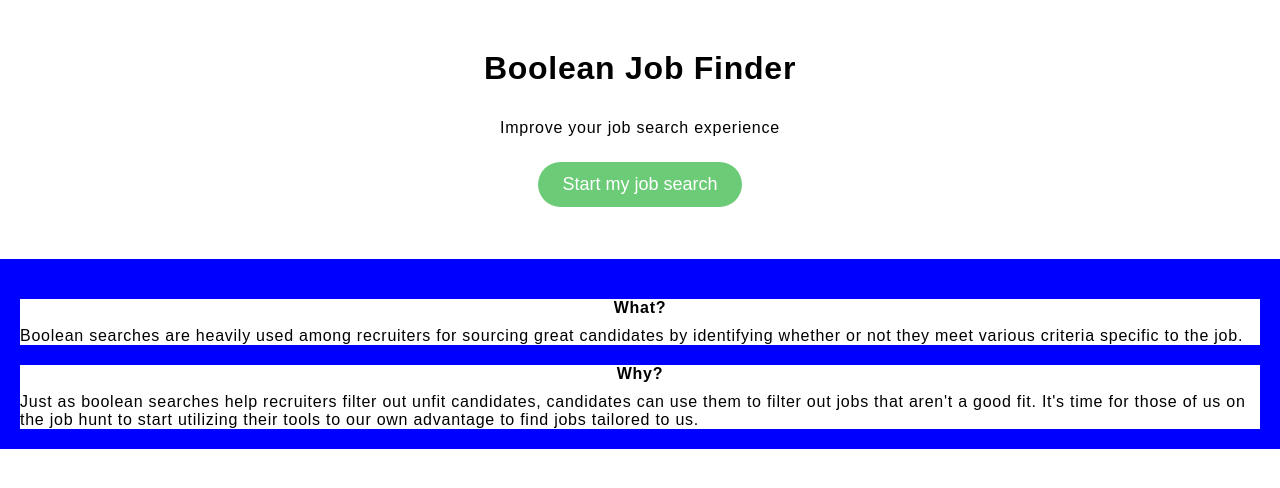
Repository: Rthompson2548/boolean-job-searcher
Page: /
These files come from the project's save history. The page is drawn as it stood at one moment and after the next save; the edit follows.
The browser window is 1280 px wide. The pictures show the whole page.
The project was rebuilt for these pictures with package versions that can differ from the ones it lists, and the page was loaded fresh each time.

Above is the page before, as saved 2022-04-05 14:10:10.

### public/index.html
<!DOCTYPE html>
<html lang="en">
  <head>
    <meta charset="utf-8" />
    <link rel="icon" href="%PUBLIC_URL%/favicon.ico" />
    <meta name="viewport" content="width=device-width, initial-scale=1" />
    <meta name="theme-color" content="#000000" />
    <meta
      name="description"
      content="Web site created using create-react-app"
    />
    <link rel="preconnect" href="https://fonts.googleapis.com">
    <link rel="preconnect" href="https://fonts.gstatic.com" crossorigin>
    <link href="https://fonts.googleapis.com/css2?family=Inconsolata&family=League+Spartan&display=swap" rel="stylesheet">

    <title>React App</title>
  </head>
  <body>
    <noscript>You need to enable JavaScript to run this app.</noscript>
    <div id="root"></div>
    <!--
      This HTML file is a template.
      If you open it directly in the browser, you will see an empty page.

      You can add webfonts, meta tags, or analytics to this file.
      The build step will place the bundled scripts into the <body> tag.

      To begin the development, run `npm start` or `yarn start`.
      To create a production bundle, use `npm run build` or `yarn build`.
    -->
  </body>
</html>

### src/App.js
import "./styles.css";
// import { CopyToClipboard } from "react-copy-to-clipboard";
import React, { useState, useEffect, useRef } from "react";



export default function App() {
  let searchCategories = [
    "Experience",
    "Location",
    "Tech Stack",
    "Title",
    "Technologies",
    "Company"
  ];

let defaultCategories = [
  {
    id: 1,
    name: "Experience",
    placeholders: ["Junior", "Entry", "Grad", "Student"]
  },
  {
    id: 2,
    name: "Location",
    placeholders: ["Junior", "Entry", "Grad", "Student"]
  },
  {
    id: 3,
    name: "End",
    placeholders: ["Junior", "Entry", "Grad", "Student"]
  },
  {
    id: 4,
    name: "Title",
    placeholders: ["Junior", "Entry", "Grad", "Student"]
  },
  {
    id: 5,
    name: "Technologies",
    placeholders: ["Junior", "Entry", "Grad", "Student"]
  },
  {
    id: 6,
    name: "Company Name",
    placeholders: ["Junior", "Entry", "Grad", "Student"]
  }
];


const [copyString, setCopyString] = useState("");
const [addCategory, setAddCategory] = useState(false);
const [addCategoryBtnText, setAddCategoryBtnText] = useState(
"Start my job search"
)
const [category, setCategory] = useState("");
const [categoryChosen, setCategoryChosen] = useState(false);
const [categoryOptions, setCategoryOptions] = useState(false);
const [showCategoryForm, setShowCategoryForm] = useState(false);
const [showNewCategoryButton, setShowNewCategoryButton] = useState(true);
const [showName, setShowName] = useState(false);
const [showForm, setShowForm] = useState(false);
const [showAddWordBtn, setShowAddWordBtn] = useState(false)
const [word, setWord] = useState("");
const [list, setList] = useState([]);
const [show, setShow] = useState(false);
const [finishBtn, setFinishBtn] = useState(false);
const [finished, setFinished] = useState(false);
const [result, setResult] = useState([]);
const [doneWarning, setDoneWarning] = useState(false);
const [goodbyeMessage, setGoodbyeMessage] = useState(false);


const handleNewCategory = () => {
  setCategory("");
  setAddCategoryBtnText("Add a category");
  setShowNewCategoryButton(false);
  setFinishBtn(false);
  setCategoryOptions(true);
  setCategoryChosen(false);
};



const handleCustomCategory = () => {
  setShowCategoryForm(true);
  setCategoryOptions(false);
};


const handleCategoryNameChange = event => {
  setCategory(event.target.value);
};

const submitCategory = () => {
  setAddCategory(false);
  setShowName(true);
  setShowNewCategoryButton(false);
  setShowAddWordBtn(true);
  setShowForm(true);
  setShowCategoryForm(false);
};


const handleAddWord = () => {
  setShowForm(true);
  setCategoryOptions(false);
  setCategoryChosen(true);
};


const handleCategoryClick = event => {
  setCategory(event.target.value);
  setCategoryChosen(true);
};


const handleWordChange = event => {
  setWord(event.target.value);
};


  const [noLetters, setNoLetters] = useState(false);

  const submitAsteriskWord = () => {
    if (word.length <= 1) {
      setNoLetters(true);
    } else {
      setList((prevList) => [...prevList, `"${word}*"`]);
      setWord("");
      setShow(true);
      console.log(word);
    }
  };

  const submitWord = () => {
    if (word.length <= 1) {
      setNoLetters(true);
    } else {
      setList((prevList) => [...prevList, `"${word}"`]);
      setWord("");
      setShow(true);
      console.log(word);
    }
  };

  useEffect(() => {
    setCategory(category);
  }, [category]);

  let booleanString = `(${list.join(" OR ")})`;

  const handleSubmitCategoryWords = () => {
    setShowNewCategoryButton(true);
    setShow(false);
    setShowName(false);
    setShowForm(false);
    setFinishBtn(true);
    setResult((previousResult) => [...previousResult, booleanString]);
    console.log(result.join(" AND "));
    console.log(`list: ${list}`);
    setList([]);
    console.log(`list: ${list}`);
    setCopyString(result.join(" AND "));
  };

  const handleGenerateString = () => {
    setFinished(true);
    setFinishBtn(false);
    setShowNewCategoryButton(false);
    setDoneWarning(false);
    // setGoodbyeMessage(true);
  };

const handleDone = () => {
  setDoneWarning(true);
  setFinished(false);
};


const handleConfirmFinished = () => {
  setDoneWarning(false);
  setGoodbyeMessage(true);
  setShow(false);
  setFinished(false);
};



  return (
    <div className="App">
      <div className="header">
        <h1 className="app-title">Boolean Job Finder</h1>
        <p>Improve your job search experience</p>
        <button className="start-btn" onClick={handleNewCategory}>
          {addCategoryBtnText}
        </button>

      </div>
      <div>
    </div>


      {categoryOptions === true && (
        <div>
          <div>
<p className="pick-a-category-txt">Click a category below to start</p>


            {/* iterates through array of category names and returns a button for each */}
            <div className="category-btns">
              {searchCategories.map((value, i) => (
                <button
                  id="category-btn"
                  className="category-btn"
                  key={i}
                  value={searchCategories[i]}
                  onClick={handleCategoryClick}
                >
                  {value}
                </button>
              ))}

            </div>

{
  categoryChosen === true && (
    <button className="continue-btn" onClick={handleAddWord}>
      Continue
    </button>
  )
}
          </div>
        </div>
      )}

{
  showCategoryForm === true && (
    <div>
      <label>Enter a custom category name</label>
      <input
        placeholder="Enter category name"
        onChange={handleCategoryNameChange}
        value={category}
      />

<button onClick={submitCategory}>Submit</button>;

    </div>
  )
}

      {showForm === true && (
        <div className="keyword-form">
          <h1>{category}</h1>

          <div className="keyword-form-info">
            <div>
              <label>Enter 1 or more keywords</label>
            </div>
            <input
              placeholder="Enter two or more letters..."
              value={word}
              onChange={handleWordChange}
            />
          </div>

          <div className="keyword-btns">
            <button onClick={submitWord}>Include exact keyword</button>
            <button onClick={submitAsteriskWord}>
              Include similar keywords
            </button>

          </div>


        </div>
      )}

      {show === true && (
        <div className="keyword-string">
          <h4>{booleanString}</h4>
        </div>
      )}

      {showForm === true && (
        <div>
          <button className="continue-btn" onClick={handleSubmitCategoryWords}>
            Continue
          </button>
        </div>
      )}

      {showNewCategoryButton === true && (
        <div>
          <div className="what-why">
            <div className="what-why-info">
              <h4>What?</h4>
              <p>
                Boolean searches are heavily used among recruiters for sourcing great
                candidates by identifying whether or not they meet various criteria specific
                to the job.
              </p>
            </div>
            <div className="what-why-info">
              <h4>Why?</h4>
              <p>
                Just as boolean searches help recruiters filter out unfit candidates, candidates can use them to filter out jobs that aren't a good fit. It's time for those of us on the job hunt to start utilizing their tools to our own advantage to find jobs tailored to us.
              </p>
            </div>
          </div>


        </div>
      )}


      {finishBtn === true && (
        <div>
          <button className="done-btn" onClick={handleGenerateString}>
            Submit
          </button>
        </div>
      )}

      {finished === true && (
        <div className="boolean-string">
          <p value={copyString}>{result.join(" AND ")}</p>
          <button className="done-btn" onClick={handleDone}>
            Done
          </button>
        </div>
      )}

      {doneWarning === true && (
        <div className="boolean-string">
          <p>Are you sure? This cannot be undone</p>
          <button className="done-btn" onClick={handleConfirmFinished}>
            Yes, I am done
          </button>
        </div>
      )}

      {goodbyeMessage === true && (
        <div className="goodye-msg boolean-string">
<p>Goodbye!</p>;

          <button
            className="start-btn"
            onClick={() => window.location.reload(false)}
          >
            Home
          </button>
        </div>
      )}
    </div>
  );
}

### src/styles.css
* {
  margin: 0;
  padding: 0;
  background-color: #fff;
  color: #000;
  /* padding: 18px 0; */
}

.App {
  font-family: sans-serif;
  text-align: center;
  letter-spacing: 0.75px;
}

.header {
  line-height: 2rem;
  letter-spacing: 0.75px;
  padding: 52px 0;
}

img {
  width: 250px;
  height: auto;
}

button {
  /* width: 300px; */
  border-radius: 25px;
  background-color: #fff;
  color: #000;
  border: none;
  margin: 18px 0 0 0;
  font-size: 18px;
}

.app-title {
  margin-bottom: 28px;
  font-size: 32px;
}

h3 {
  font-size: 22px;
}

.what-why {
  background-color: blue;
  padding: 20px;
}

.what-why p {
  text-align: left !important;
}

.what-why h4 {
  margin: 20px 0 10px 0;
}


.start-btn {
  background-color: #6bcb77 !important;
  color: #fff;
  font-size: 18px;
  vertical-align: middle;
  padding: 12px 24px;
}

.pick-a-category-txt {
  font-size: 18px;
  margin-bottom: 12px;
}

input {
  background-color: #fff;
  font-size: 18px;
  color: #000;
  width: 260px;
  border: 1.5px solid black;
  border-radius: 25px;
}

label {
  font-size: 20px;
}

.category-btns {
  /* center the element */
  right: 0;
  left: 0;
  margin-right: auto;
  margin-left: auto;
  display: flex;
  flex-direction: column;
  align-items: center;
}

.category-btns button {
  background-color: #ff6b6b;
  color: #fff;
  padding: 12px 42px;
  width: 300px;
}

.category-buttons button:active,
button:focus {
  /* color: #fff !important;
  background-color: #FFD93D !important; */
}

.category-buttons button:visited:after {
  color: #fff !important;
  background-color: #000 !important;
}

.continue-btn {
  background-color: #4d96ff;
  color: #fff;
}

.keyword-form-info {
  margin-top: 24px;
}

.keyword-form-info input {
  padding: 10px 24px 10px 10px;
  margin-top: 16px;
}

.keyword-btns {
  display: flex;
  flex-direction: column;
  align-items: center;
  margin: 10px 0 24px 0;
}

.keyword-btns button {
  background-color: #ff6b6b;
  color: #fff;
  font-size: 18px;
}

.keyword-string {
  padding: 20px;
  font-size: 20px;
  line-height: 2rem;
}

.goodye-msg {
  /* padding-top: 25%; */
  font-size: 42px !important;
}

.goodye-msg button {
  /* background-color: #4D96FF !important; */
  /* vertical-align: middle !important; */
}

.boolean-string {
  font-size: 32px;
  font-weight: bold;
  padding-top: 10%;
}


.boolean-string button {
  background-color: #fa58bc;
  color: #fff;
}

.done-btn {
  background-color: #4d96ff !important;
  color: #fff;
  font-size: 22px;
  vertical-align: middle;
  width: 400px;
  padding: 20px 0;
  margin-top: 36px;
}

.home-btn {
  background-color: #6bcb77 !important;
}

Loaded but not shown: src/index.js (common file); src/index.css (no stored copy; drawn as an empty file)

After the next save:
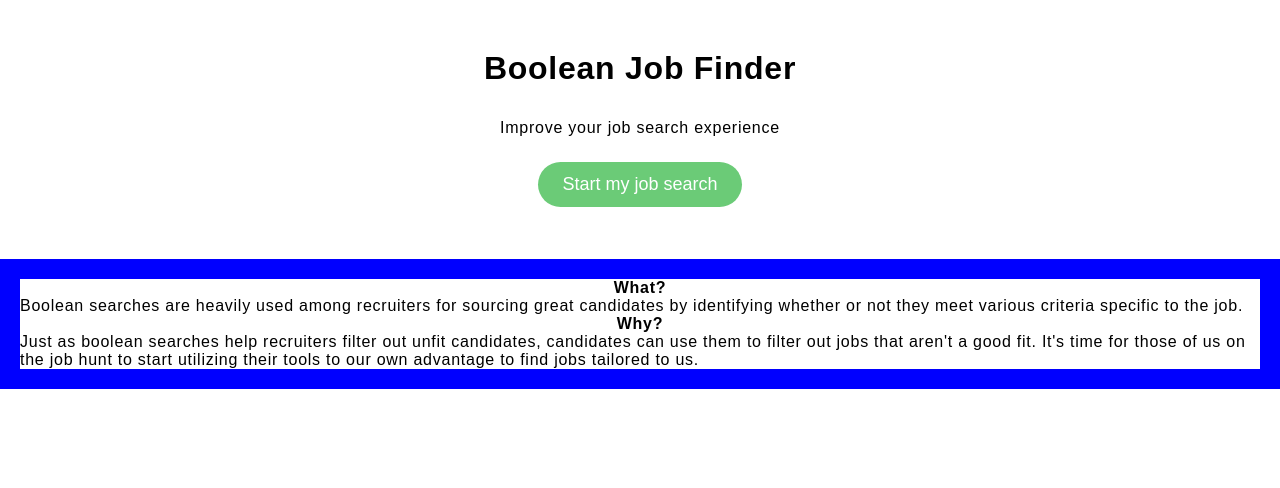
Saved 5 s later.
--- a/src/styles.css
+++ b/src/styles.css
@@ -52,7 +52,7 @@ h3 {
 }
 
 .what-why h4 {
-  margin: 20px 0 10px 0;
+  /* margin: 20px 0 10px 0; */
 }
 
 
